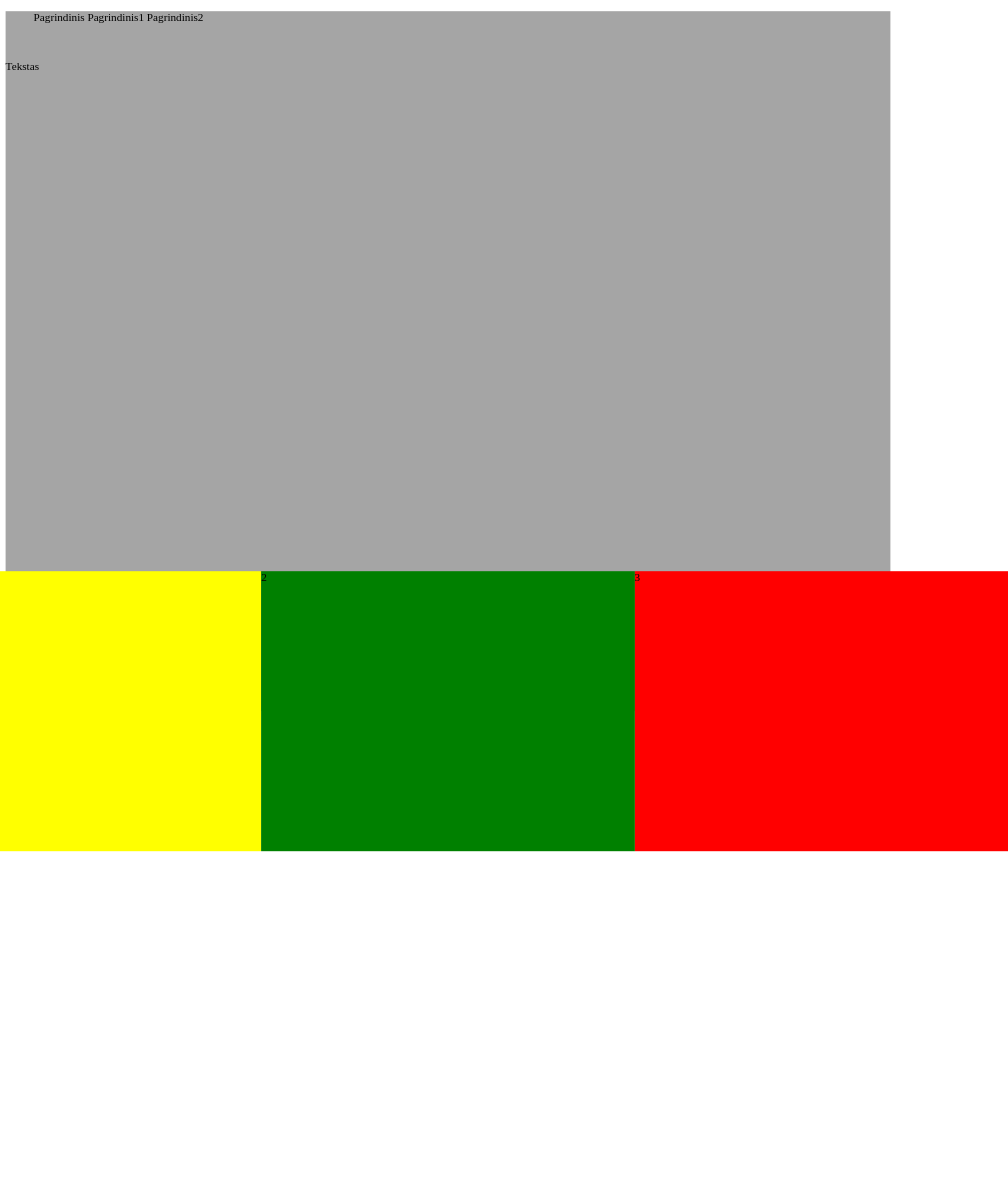
Repository: motiejus1/13-paskaita-05.31
Page: index.html
An editor plug-in stored every save of this project. The page is shown before and after the next save, followed by the edit.
The browser window is 1280 px wide. The page is 1440 px wide, so the pictures cover 1440 px, including what lies to the right of the window. The pictures show the part of the page from y = 0 to 1720 px (the page is 5086 px tall), at 70% of full size.

Above is the page before, as saved 2021-06-21 19:59:31.

After the next save:
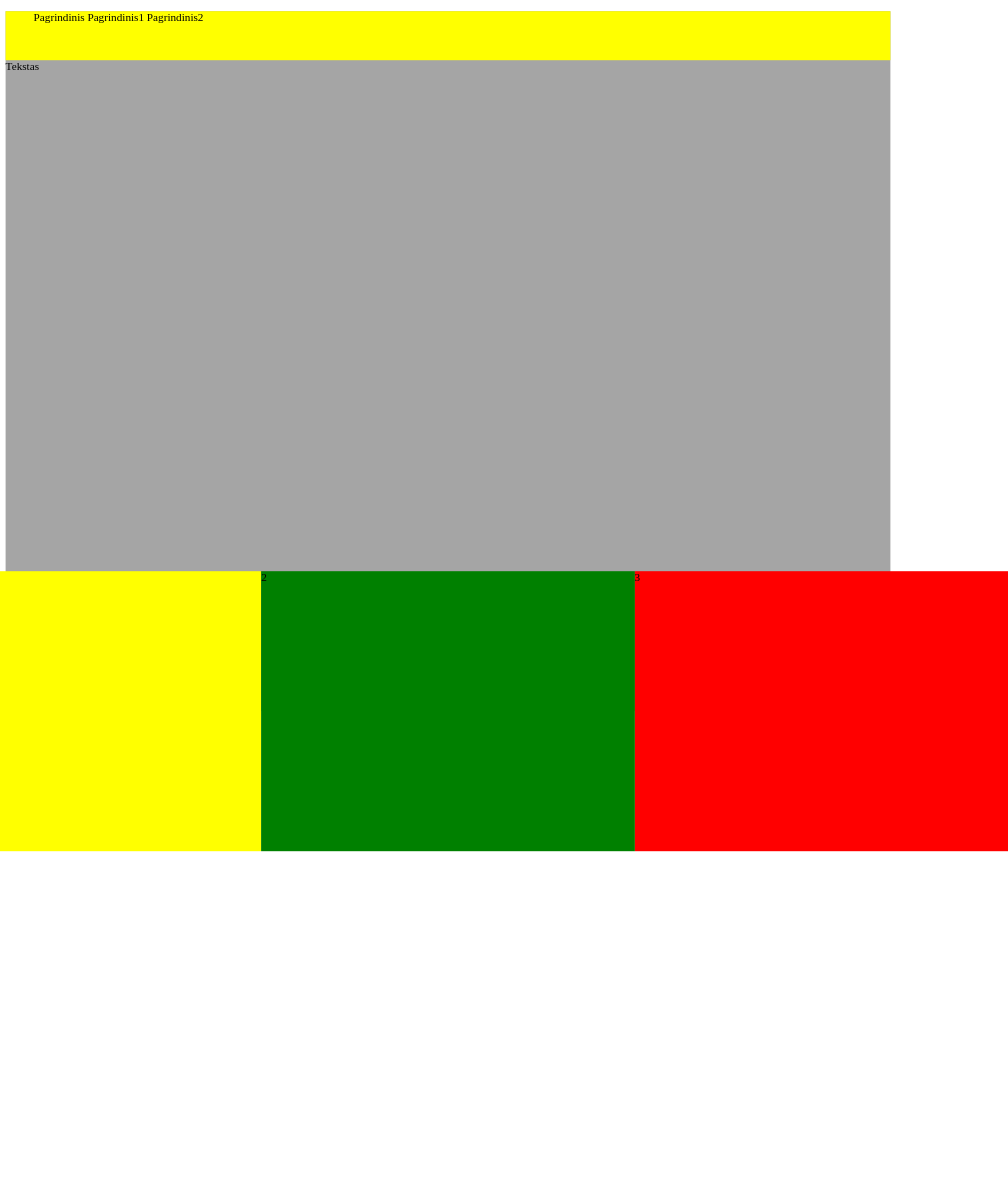
Saved 9 s later.
--- a/index.html
+++ b/index.html
@@ -82,7 +82,7 @@
 
 <div class="container">
 
-    <div class="menu">
+    <div class="menu geltona">
         <ul>
             <li>Pagrindinis</li>
             <li>Pagrindinis1</li>
